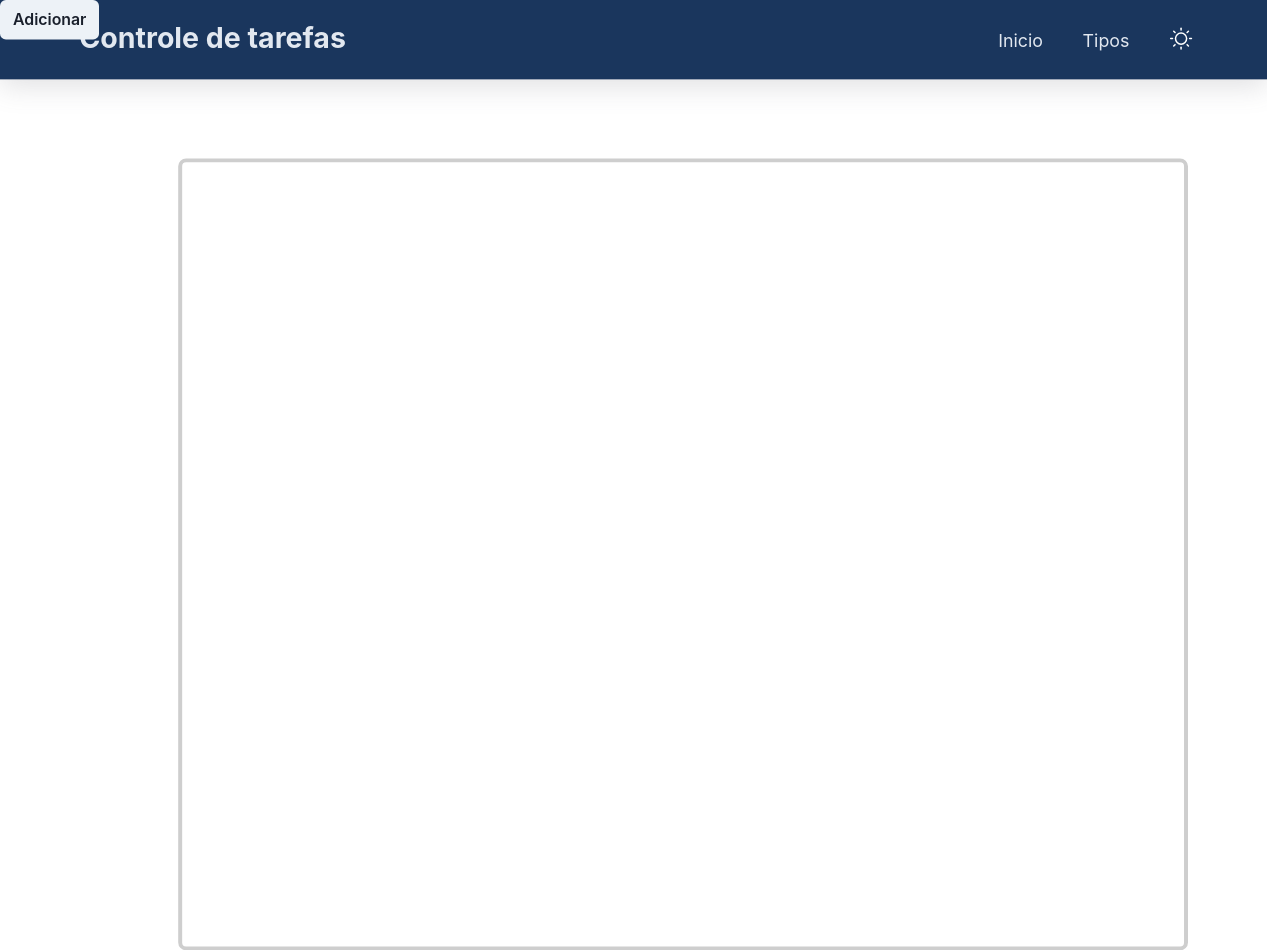
Repository: leosulzbach/Hackaton-Relampago
Page: /tipos (app in Front/)
The author's editor kept a copy of each file at every save. The page is drawn from the files as they stood at one save, then again after the next save.
The browser window is 1280 px wide. The pictures show the whole page, at 99% of full size.
The page's requests for data from a server got no answer. The project was rebuilt for these pictures with package versions that can differ from the ones it lists, and the page was loaded fresh each time. No one was signed in, and anything a server would have sent is missing. Also part of the build but not shown: Front/vite.config.ts, Front/src/Components/Cards/CadInfo.styles.ts, Front/src/Components/Cards/CardInfo.tsx, Front/src/Components/Cards/Cards.styles.ts, Front/src/Components/Cards/Card.tsx, Front/src/Pages/home.tsx.

Above is the page before, as saved 2022-11-07 17:02:32.

### Front/src/App.tsx
import { ChakraProvider, theme } from "@chakra-ui/react"
import { BrowserRouter } from "react-router-dom"
import { Router } from "./Routes/Router"



function App() {
  return(
    <ChakraProvider theme={theme}>
    <BrowserRouter>
      <Router />
    </BrowserRouter>
  </ChakraProvider>
  )
}

export default App

### Front/src/Routes/Router.tsx
import { Routes, Route } from "react-router-dom";
import { Home } from "../Pages/home";
import { Tipos } from "../Pages/tipos";


export function Router() {
  return (
    <Routes>
      <Route path="/home" element={<Home />} />
      <Route path="/tipos" element={<Tipos />} />
     </Routes>
  );
}

### Front/src/Pages/tipos.tsx
import { Box, Button, Flex, Grid, Text } from '@chakra-ui/react'
import axios from 'axios';
import { CalendarPlus } from 'phosphor-react';
import { useEffect, useState } from 'react';
import { Card } from '../Components/Cards/Card';
import { Header } from '../Components/Header'


export interface Cadastro {
    id: number;
    descricao: string;
    situacao: string;
    data_vencimento: string;
    prioridade: string;
    email?: string

}

export const Tipos = () => {

    const [CadastroList, setCadastroList] = useState([]);



    useEffect(() => {
        axios.get("http://localhost:3000/tipos").then((response) => {
            setCadastroList(response.data);
        });
    }, []);

    console.log(CadastroList)
    return (
        <Flex>
            <Header />
            <Button>Adicionar</Button>
            <Flex
                w={'100%'}
                align={"center"}

            >
                <Box
                    mt={"10rem"}
                    ml={"5rem"}
                    borderRadius={8}
                    mr={"5rem"}
                    border={"4px solid #cecece"}
                    w={'90%'}
                    h={'800px'}>
                    {CadastroList.map((cadastro: any) => {
                        return (
                            <Card id={cadastro.id} descricao={cadastro.descricao} situacao={cadastro.situacao} data_vencimento={cadastro.data_vencimento} prioridade={cadastro.prioridade} />
                        )
                    }
                    )
                    }

                </Box>
            </Flex>


        </Flex>

    )

}

### Front/src/Components/Header.tsx
import { Box, Flex, Input, Link, Text } from "@chakra-ui/react";
import { Sun } from "phosphor-react";



export const Header = () => {
    return (
        <Flex

            as="header"
            w="100%"
            h="20"
            justify="space-between"

            borderBottomWidth={1}
            borderColor="blue.900"
            bg="blue.900"
            position={"fixed"}
            boxShadow="rgba(100, 100, 111, 0.2) 0px 7px 29px 0px"
        >
            <Flex
                p="1rem"
                justify="flex-start"
                ml="4rem"
            >
                <Text
                    fontSize="1.8rem"
                    fontWeight="bold"
                    color="gray.200"
                >
                    Controle de tarefas
                </Text>
            </Flex>
            <Flex
                p="1.7rem"
                mr="3rem"
                justify="flex-end"
                gap={10}
            >
                <Link
                    href="/home"
                    color="gray.200"
                    fontSize={18}
                    _hover={{
                        borderBottom: '4px solid  blue', transition: 'all 0.3s ease-out', transform: 'translate(-11px, 0px)'
                    }}

                >
                    Inicio
                </Link>
                <Link

                    href="/tipos"
                    color="gray.200"
                    fontSize={18}
                    _hover={{
                        borderBottom: '4px solid  blue', transition: 'all 0.3s ease-out', transform: 'translate(-11px, 0px)'
                    }}
                >
                    Tipos
                </Link>

                <Sun size={24} color={"white"} />
            </Flex>



        </Flex>
    );
}

Loaded but not shown: Front/index.html (common file); Front/src/main.tsx (common file)

After the next save:
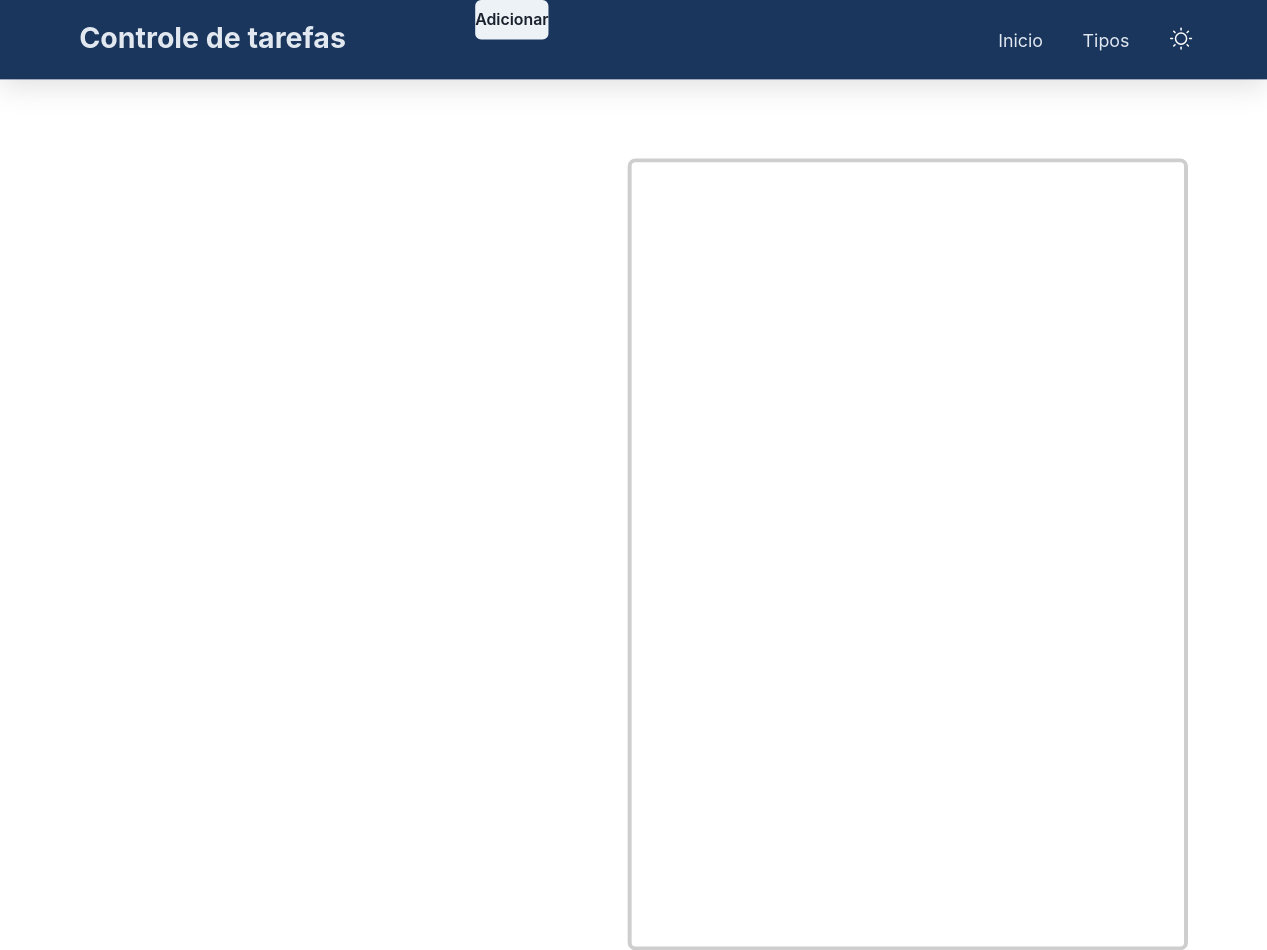
Saved 78 s later.
--- a/Front/src/Pages/tipos.tsx
+++ b/Front/src/Pages/tipos.tsx
@@ -32,7 +32,8 @@ export const Tipos = () => {
     return (
         <Flex>
             <Header />
-            <Button>Adicionar</Button>
+            <Button
+            ml={"30rem"}>Adicionar</Button>
             <Flex
                 w={'100%'}
                 align={"center"}
